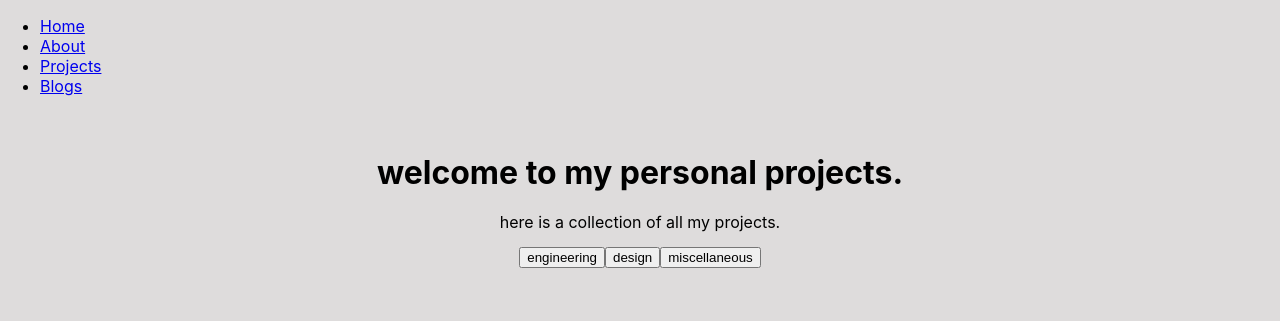
Repository: nicholaschen09/personalWebsite
Page: /projects
These files come from the project's save history. The page is drawn as it stood at one moment and after the next save; the edit follows.
The browser window is 1280 px wide. The pictures show the whole page.
The project was rebuilt for these pictures with package versions that can differ from the ones it lists, and the page was loaded fresh each time. Also part of the build but not shown: src/components/About.css, src/components/About.js, src/components/Home.js, src/components/Blog.css, src/components/Blog.js, src/components/Miscellaneous.css, src/components/Miscellaneous.js, src/components/Design.css and 4 more.

Above is the page before, as saved 2024-08-10 11:01:48.

### src/App.js
import React from 'react';
import { BrowserRouter as Router, Route, Routes, Link } from 'react-router-dom';
import About from './components/About.js';
import Home from './components/Home.js';
import Projects from './components/Projects.js';
import Blog from './components/Blog.js';
import Miscellaneous from './components/Miscellaneous.js';
import Design from './components/Design.js';
import Engineering from './components/Engineering.js';
import BasketBin from './components/BasketBin';

function App() {
  return (
    <Router>
      <div>
        <nav>
          <ul>
            <li>
              <Link to="/">Home</Link>
            </li>
            <li>
              <Link to="/about">About</Link>
            </li>
            <li>
              <Link to="/projects">Projects</Link>
            </li>
            <li>
              <Link to="/blogs">Blogs</Link>
            </li>
          </ul>
        </nav>

        <Routes>
          <Route path="/about" element={<About />} />
          <Route path="/" element={<Home />} />
          <Route path="/projects" element={<Projects />} />
          <Route path="/blogs" element={<Blog />} />
          <Route path="/projects/miscellaneous" element={<Miscellaneous />} />
          <Route path="/projects/design" element={<Design />} />
          <Route path="/projects/engineering" element={<Engineering />} />
          <Route path="/projects/basketbin" element={<BasketBin />} />
        </Routes>
      </div>
    </Router>
  );
}

export default App;

### src/components/Projects.js
import React from 'react';
import { Link } from 'react-router-dom';
import './Projects.css';

const Projects = () => {
    return (
        <div className="projects">
            <h1>welcome to my personal projects. </h1>
            <p>here is a collection of all my projects.</p>

            <Link to ="/projects/engineering"><button>engineering</button></Link>

            <Link to ="/projects/design"><button>design</button></Link>

            <Link to ="/projects/miscellaneous"><button>miscellaneous</button></Link>

        </div>
    );
};

export default Projects;

### src/components/Home.css
/* src/components/Home/Home.css */
.home {
    text-align: center;
    padding: 100px;
    width: 700px;
    margin-left: auto;
    margin-right: auto;
}

body {
    background-color: rgb(222, 220, 220);
}

.DinnerImage {
    width: 70%;
    height: 70%;
    margin-left: auto;
    margin-right: auto;
    display: block;
}
p {
    line-height: 1;
}

### src/components/Projects.css
/* src/components//Home.css */
.projects {
    text-align: center;
    padding: 20px;
}

Loaded but not shown: public/index.html (common file); src/index.js (common file); src/index.css (common file); src/reportWebVitals.js (common file); src/components/BasketBin.css (no stored copy; drawn as an empty file)

After the next save:
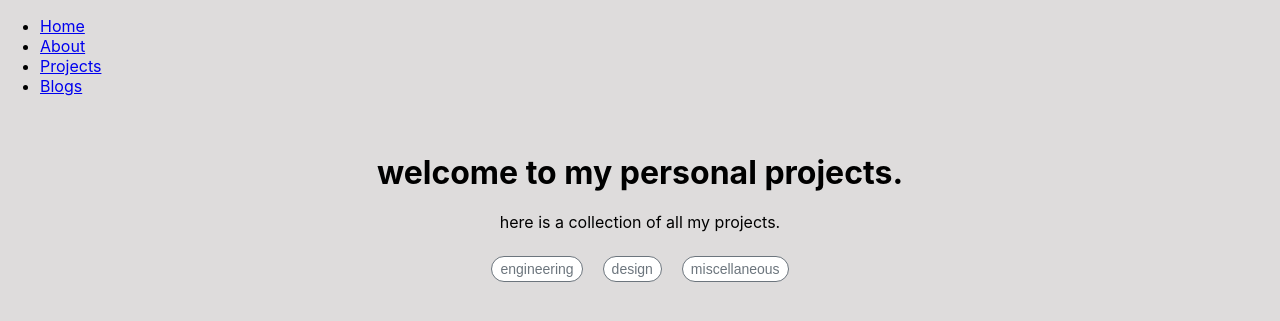
Saved 46 s later.
--- a/src/components/Projects.css
+++ b/src/components/Projects.css
@@ -3,3 +3,20 @@
     text-align: center;
     padding: 20px;
 }
+
+.projects button {
+    border: 1px solid #6c757d; /* Grey border */
+    padding: 4px 8px; /* Smaller padding */
+    background-color: #fff; /* White background */
+    color: #6c757d; /* Grey text */
+    cursor: pointer;
+    font-size: 14px; /* Smaller font size */
+    transition: background-color 0.3s, color 0.3s;
+    border-radius: 20px; /* Rounded corners */
+    margin: 10px; /* Spacing between buttons */
+}
+
+.projects button:hover {
+    background-color: #6c757d; /* Grey background on hover */
+    color: #fff; /* White text on hover */
+}
